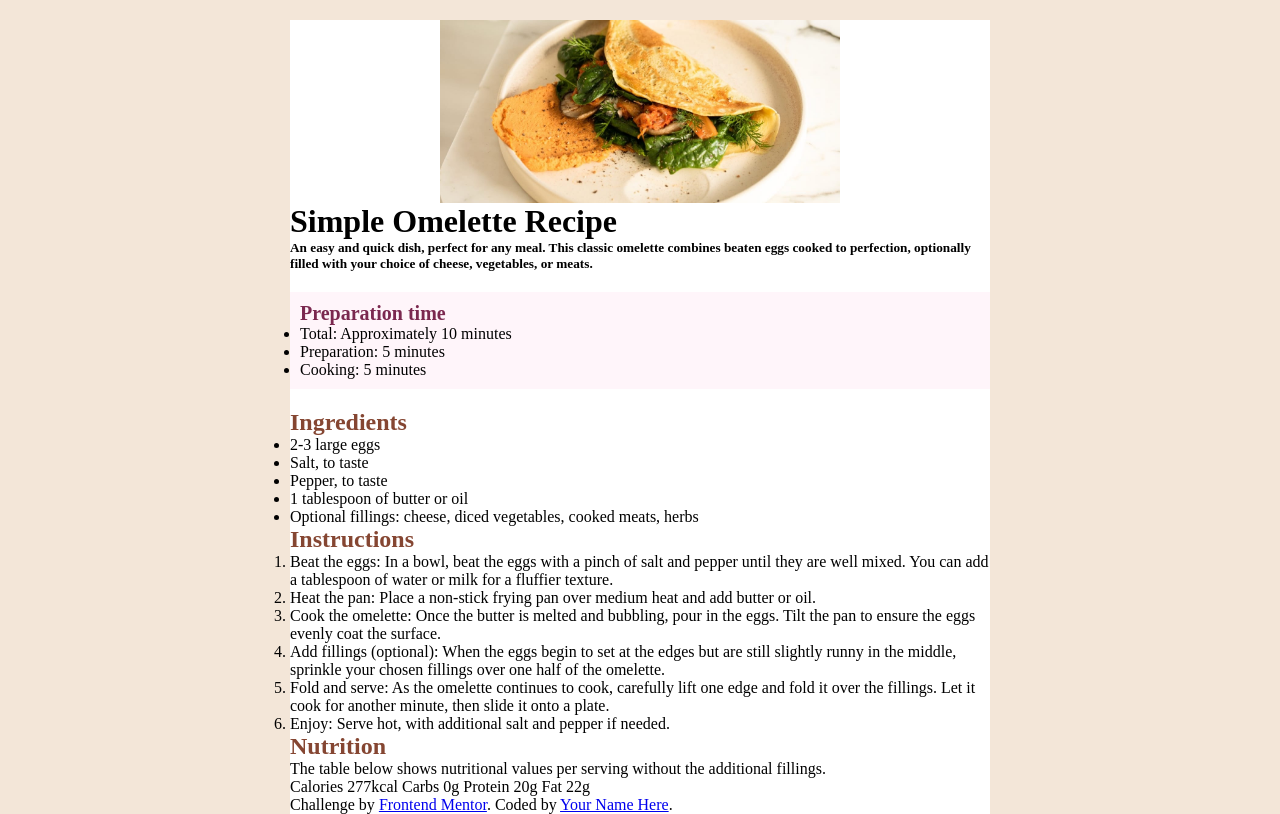
Repository: sodmaq/recipe-page-
Page: index.html
An editor plug-in stored every save of this project. The page is shown before and after the next save, followed by the edit.
The browser window is 1280 px wide. The pictures show the whole page.

Above is the page before, as saved 2024-09-07 19:24:26.

After the next save:
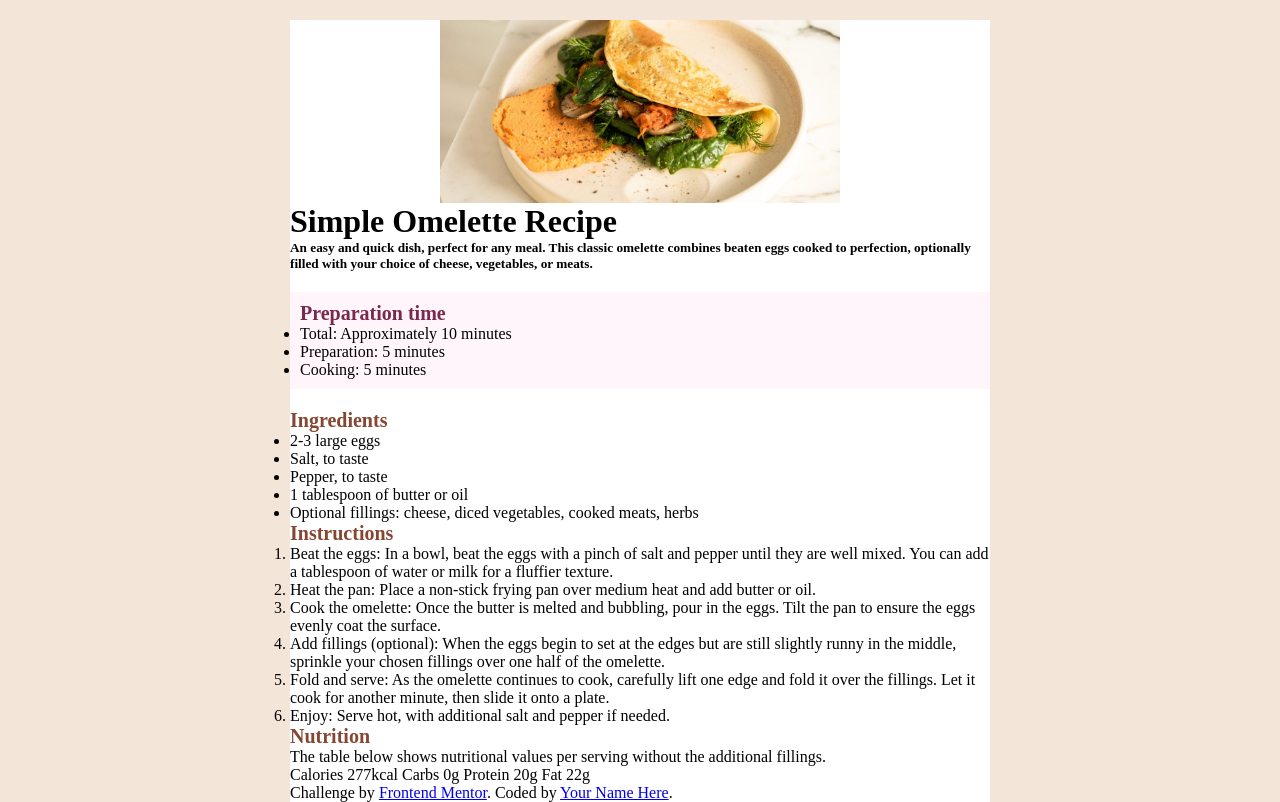
Saved 14 s later.
--- a/style.css
+++ b/style.css
@@ -33,4 +33,6 @@ img {
 }
 #h1Text {
   color: hsl(14, 45%, 36%);
+  font-weight: 700;
+  font-size: 20px;
 }
